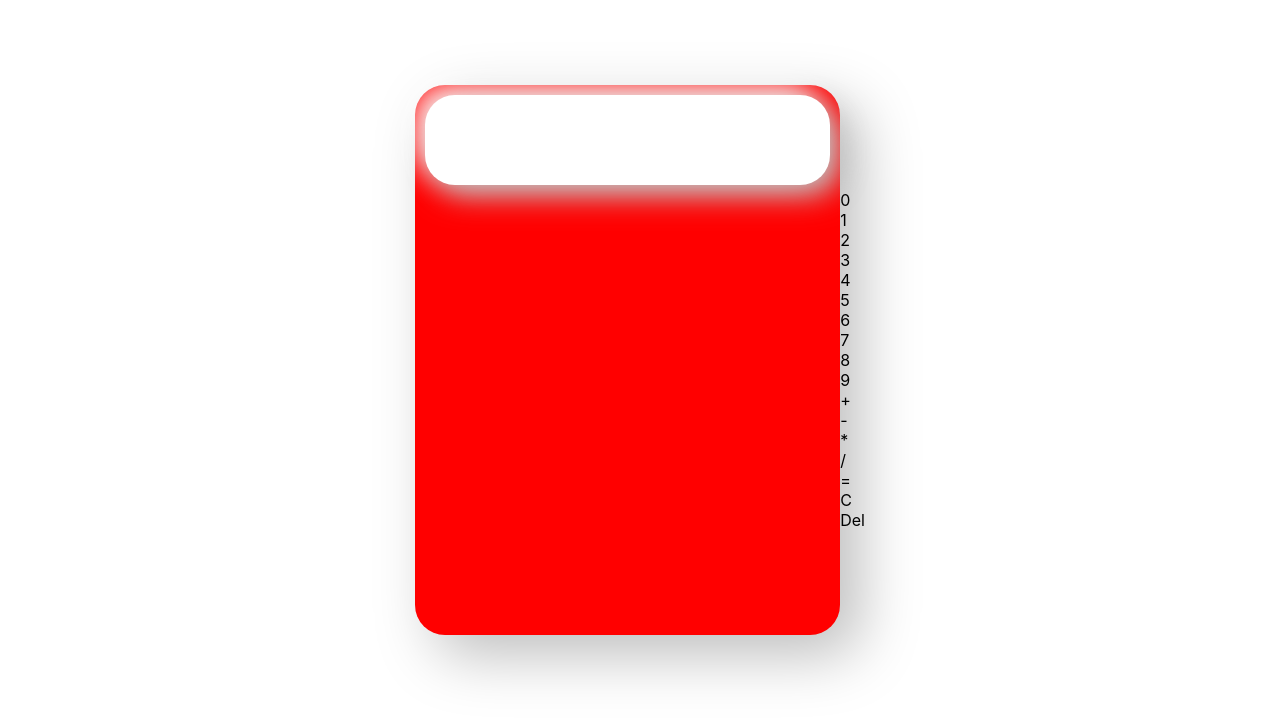
Repository: janidulnkg1/react-prac
Page: / (app in calculator/)
An editor plug-in stored every save of this project. The page is shown before and after the next save, followed by the edit.
The browser window is 1280 px wide. The pictures show the whole page.
The project was rebuilt for these pictures with package versions that can differ from the ones it lists, and the page was loaded fresh each time. Also part of the build but not shown: calculator/src/App.css, calculator/src/components/Button.module.css.

Above is the page before, as saved 2023-09-15 10:58:00.

After the next save:
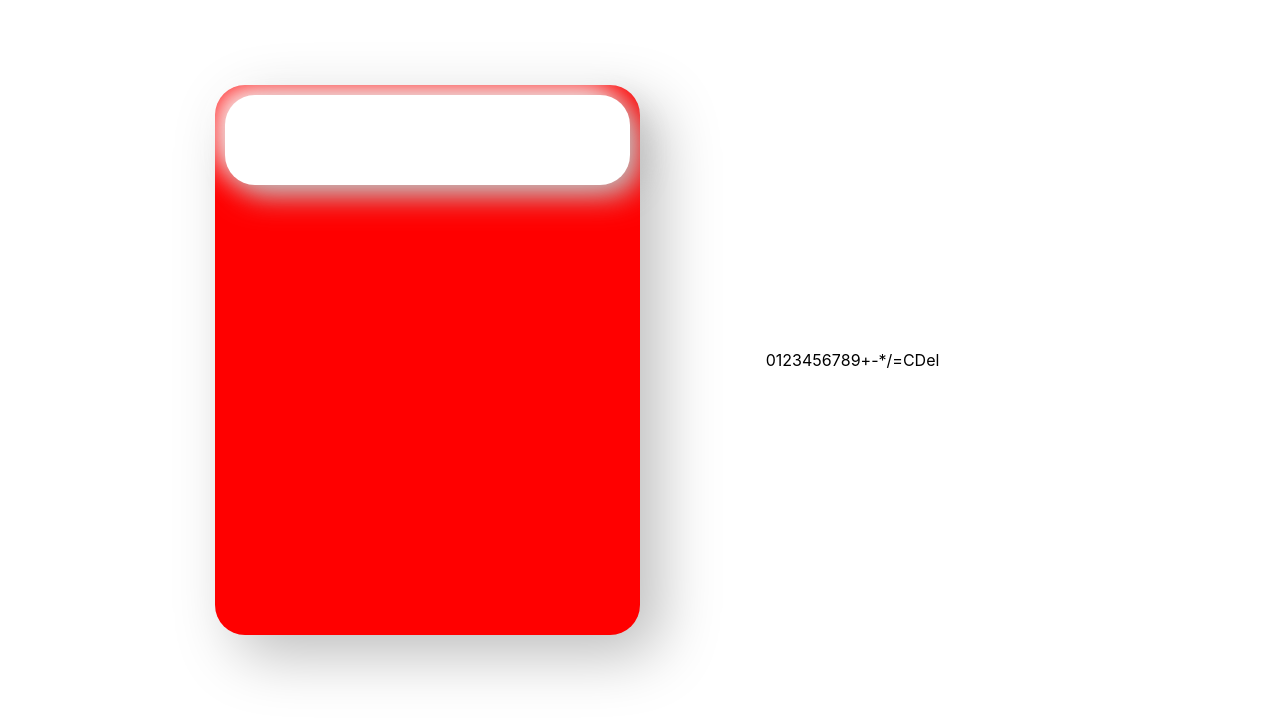
Saved 2 min 2 s later.
--- a/calculator/src/components/Home.module.css
+++ b/calculator/src/components/Home.module.css
@@ -44,3 +44,13 @@
     padding-right: 10px;
     text-align: right;
 }
+
+.btns{
+    height: 530px;
+    width: 425px;
+    display: flex;
+    flex-flow: row wrap;
+    justify-content: center;
+    align-items:center;
+    border-radius:30px;
+}
